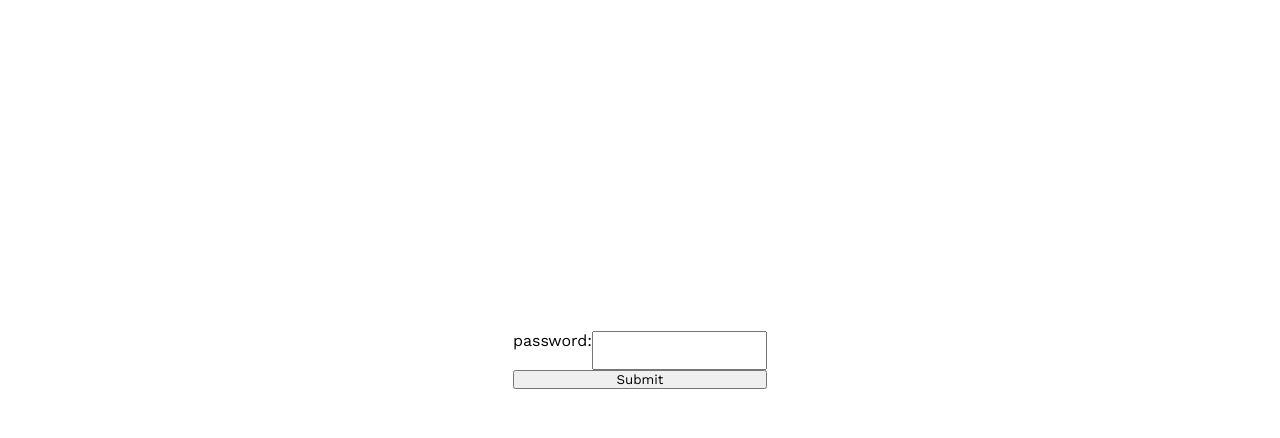
Repository: DOODpls/final_portfolio
Page: http://localhost/login
The author's editor kept a copy of each file at every save. The page is drawn from the files as they stood at one save, then again after the next save.
The browser window is 1280 px wide. The pictures show the whole page.
Some web fonts or font styles are not loaded; a fallback is used. The page is served by the project's Node server (app.js). Other server files are loaded and not shown.

Above is the page before, as saved 2019-12-11 23:25:44.

### views/adminlogin.ejs
<!DOCTYPE html>
<html lang="en">
<head>
  <meta charset="UTF-8">
  <meta name="viewport" content="width=device-width, initial-scale=1.0">
  <meta http-equiv="X-UA-Compatible" content="ie=edge">
  <link rel="stylesheet" href="/css/admin.css">
  <title>Document</title>
</head>
<body>
  <div class="admin-container">
    <form action="/admin" class="adminform">
      <div class="password">
        <p>password: </p>
        <input type="password" name="password" id="password" class="password">
      </div>
      <button type="submit" class="password-submit">Submit</button>
    </form>
  </div>
</body>
</html>

### app.js
const express = require('express');
const mongoose = require('mongoose');
require('dotenv').config();
const pageinfo = require('./page_info')
const app = express();
const path = require('path');

mongoose.connect(process.env.DB_CONNECTION, { useUnifiedTopology: true,useNewUrlParser: true });

const db = mongoose.connection;

db.on('error', console.error.bind(console, 'connection error:'));
db.once('open', function() {
  console.log('DB Connected!!!');
});

app.set('view engine', 'ejs');



app.use(express.urlencoded({ extended: false }));

app.use('/', require('./routes/routes.js'));
app.use('/blogs', require('./routes/routes.js'));
app.use('/admin', require('./routes/routes.js'));
app.use('/login', require('./routes/routes.js'));

app.use(express.static(path.join(__dirname, 'public')));

app.use(function (err, response) {
  console.error(err.body)
  response.status(404).render('404');
})

const PORT = process.env.PORT || 3000;

app.listen(PORT, function(){
  console.log(`Listening on PORT ${PORT}`)
})

### routes/routes.js
const express = require('express');
const pgrtrs = express.Router();
const pagesInfo = require('../page_info');
const bloglist = require('../models/blogschema');
var md = require('markdown-it')({
  html: true,
  linkify: true,
  typographer: true
});
var fs = require("fs");

pgrtrs.get('/', function(request, response){
  response.render('index', {
    pginfo: pagesInfo.index
  })
})

pgrtrs.get('/admin', function(request, response){
  response.render('admin', {
    pginfo: pagesInfo.admin
  })
})

pgrtrs.get('/login', function(request, response){
  response.render('adminlogin', {
    pginfo: pagesInfo.admin
  })
})

pgrtrs.get('/blogs', async function(request, response){
  const blogs = await bloglist.find();
  response.render('blogs', {
    pginfo: pagesInfo.index,
    blogss: blogs,
  })

})

pgrtrs.get('/blogs/:slug', async function(request,response){
  const blogpost = await bloglist
  .where('slug', request.params.slug);

  fs.readFile('./public/blogs/'+ blogpost[0].slug +'.md', function(err, buf) {
    const result = md.render(buf.toString());
    response.render('blogposts', {
      blogpost: blogpost[0],
      blogcont: result,
      title: blogpost[0].title,
      pginfo: pagesInfo.index
    })
  });
})

module.exports = pgrtrs;

### page_info.js
const pagesInfo = {
  index:{
    title:'Floyd Santos',
    link: '/',
    projects: [
      {
        "title" : "Homepage",
        "url" : "https://techhome.netlify.com/",
        "description" : "A basic homepage with 4 section.",
        "photo" : "/images/projs/homepage.png"
      },{
        "title" : "Photograpiya",
        "url" : "https://photograpiya.netlify.com/",
        "description" : "A 4 page portfolio/gallery made with HTML and CSS",
        "photo" : "/images/projs/photograpiya.png"
      },{
        "title" : "Tiles!",
        "url" : "https://jstiles.netlify.com/",
        "description" : "A assignment which we have to fill the section with tiles by using loop",
        "photo" : "/images/projs/tiles.png"
      },{
        "title" : "Mobile Menu",
        "url" : "https://jsmobilemenu.netlify.com/",
        "description" : "This assingment demonstrate how we make mobile menus using media query and JavaScript",
        "photo" : "/images/projs/mobilemenu.png"
      },{
        "title" : "The Weathering",
        "url" : "http://theweathering.netlify.com/",
        "description" : "A web app that shows you the current weather on your location, and you can also search for other cities",
        "photo" : "/images/projs/theweathering.png"
      },{
        "title" : "Darkblogs",
        "url" : "https://blog-secret.herokuapp.com/",
        "description" : "A blog posting website made with NodeJS",
        "photo" : "/images/projs/darkblogs.png"
      },{
        "title" : "MacEwan",
        "url" : "https://dev-macewan-university.pantheonsite.io/",
        "description" : "A website remake using Wordpress.",
        "photo" : "/images/projs/macewan.png"
      },{
        "title" : "Jekyll Portfolio",
        "url" : "https://doodpls.github.io/",
        "description" : "A portfolio made with Jekyll",
        "photo" : "/images/projs/jekyll.png"
      },
    ],
    skills: [
      {
        "class" : "fab fa-node-js",
        "desc" : "NodeJS"
      },{
        "class" : "fab fa-js-square",
        "desc" : "JavaScript"
      },{
        "class" : "fab fa-css3-alt",
        "desc" : "CSS"
      },{
        "class" : "fab fa-html5",
        "desc" : "HTML"
      },{
        "class" : "fab fa-git-alt",
        "desc" : "GIT"
      },{
        "class" : "fab fa-wordpress",
        "desc" : "WordPress"
      }
    ],
    extskills: [
      {
        "imgscr" : "https://cdn3.iconfinder.com/data/icons/brands-applications/512/Photoshop_B-512.png",
        "desc" : "Photoshop"
      },{
        "imgscr" : "https://cdn.onlinewebfonts.com/svg/img_21237.png",
        "desc" : "Illustrator"
      },{
        "imgscr" : "https://cdn4.iconfinder.com/data/icons/logos-and-brands-1/512/8_Premier_Pro_Adobe_logo_logos-512.png",
        "desc" : "Premier"
      },
    ],
    footerlinks: [
      {
        "name" : "twiiter",
        "class" : "fab fa-twitter",
        "links" : "https://bit.ly/2Ech3Jz"
      },{
        "name" : "facebook",
        "class" : "fab fa-facebook-f",
        "links" : "https://bit.ly/2REPtNd"
      },{
        "name" : "instagram",
        "class" : "fab fa-instagram",
        "links" : "https://bit.ly/34fb2qt"
      },{
        "name" : "linkedin",
        "class" : "fab fa-linkedin-in",
        "links" : "https://bit.ly/2RDMLHO"
      },{
        "name" : "github",
        "class" : "fab fa-github",
        "links" : "https://bit.ly/2PaSTpg"
      },{
        "name" : "stackoverflow",
        "class" : "fab fa-stack-overflow",
        "links" : "https://bit.ly/35bb0B4"
      },
    ]
  },
  blogs:{
    title:'Blogs'
  },
  admin: {
    title: 'Admin'
  }
}

module.exports = pagesInfo;

### public/css/admin.css
@import url('./reset.css');
@import url('./fonts.css');

.password{
  display: flex;
}
.password > p {
  margin-bottom: 20px;
}
.admin-container{
  height: 100vh;
  display: flex;
  justify-content: center;
  align-items: center;
}
.adminform{
  display: flex;
  flex-direction: column;
  justify-content: center;
}

### public/css/reset.css
* {
  margin: 0;
  padding: 0;
  box-sizing: border-box;
  font-family: 'Work Sans', sans-serif;
}

/* ^^^^^^^^^^^^^^FOOTER HAXX^^^^^^^^^^^^^^^^^ */
html, body{ height:100%; margin:0; }

/* Trick */
body{
  display:flex;
  flex-direction:column;
}

footer{
  margin-top:auto;
}

### public/css/fonts.css
@import url('https://fonts.googleapis.com/css?family=Permanent+Marker|Work+Sans&display=swap');
@import url('https://fonts.googleapis.com/css?family=Staatliches&display=swap');

After the next save:
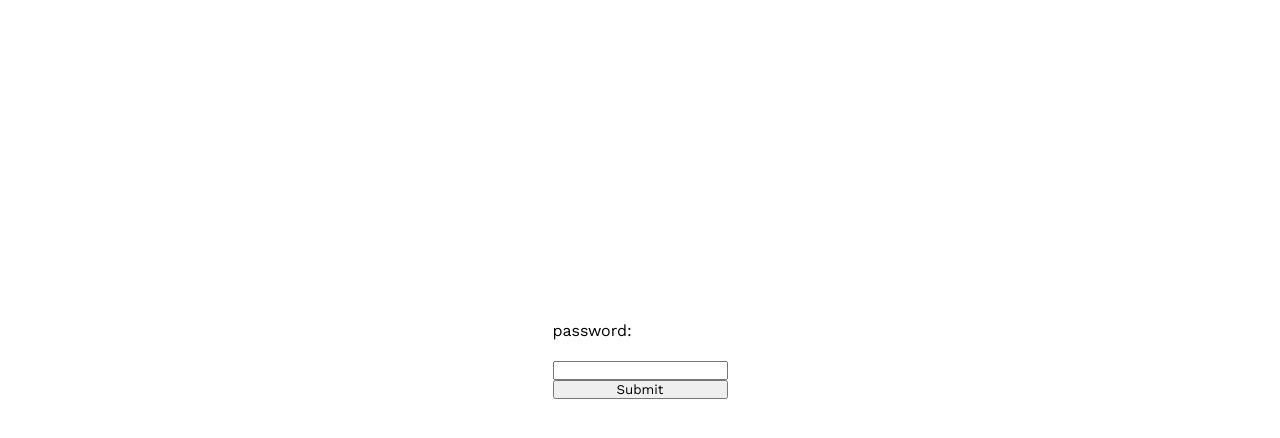
Saved 26 s later.
--- a/public/css/admin.css
+++ b/public/css/admin.css
@@ -1,7 +1,7 @@
 @import url('./reset.css');
 @import url('./fonts.css');
 
-.password{
+.passworddiv{
   display: flex;
 }
 .password > p {
